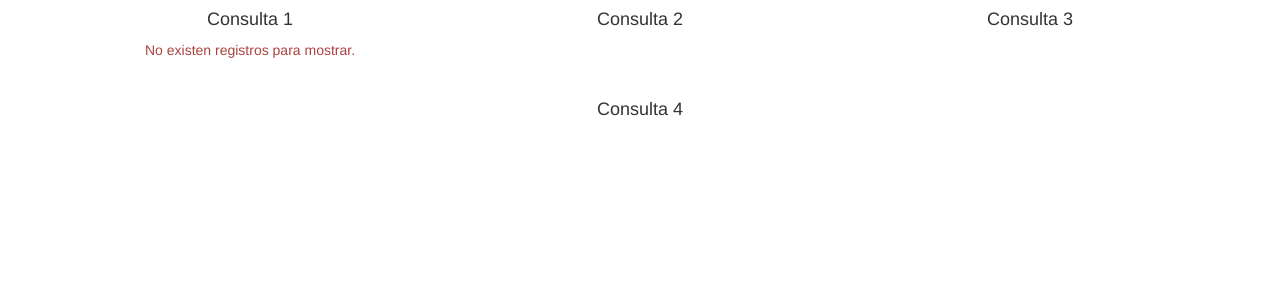
Repository: Myugen/EjercicioPHP
Page: http://localhost/Ejercicio2/index.php
An editor plug-in stored every save of this project. The page is shown before and after the next save, followed by the edit.
The browser window is 1280 px wide. The pictures show the whole page.
Some web libraries are served in a nearby version. The page is run by PHP 8.4 with error messages shown; the project is at /var/www/html/. Queries for data that is not in the repository find no rows.

Above is the page before, as saved 2015-11-18 13:17:11.

### Actividades5-2/Ejercicio2/index.php
<!DOCTYPE HTML PUBLIC "-//W3C//DTD HTML 4.01 Frameset//EN">
<html>
<head>
<meta name="viewport" content="width=device-width, initial-scale=1">
<link rel="stylesheet" href="http://maxcdn.bootstrapcdn.com/bootstrap/3.3.5/css/bootstrap.min.css">
<script src="https://ajax.googleapis.com/ajax/libs/jquery/1.11.3/jquery.min.js"></script>
<script src="http://maxcdn.bootstrapcdn.com/bootstrap/3.3.5/js/bootstrap.min.js"></script>
<meta http-equiv="Content-Type" content="text/html; charset=UTF-8">
<title>Consultas Base de Datos Vivero de empresas</title>
</head>
<body>
<?php
	$conexion = new mysqli("localhost", "root", "admin", "eje5_2_DB") or
	die("<div class='alert aler-danger text-center'><p>No es posible conectarse a la
	base de datos. Compruebe que los datos de conexión, usuario y/o contraseña son correctos.</p></div>");
?>
	<div class="container text-center">
	<div class="row">
		<div class="col-md-4">
			<h4>Consulta 1</h4>
			<?php
			$consulta1 = "SELECT r.numserie, r.descripcion
						  FROM recursos as r
						  WHERE NOT EXISTS (SELECT t.numserie
					                        FROM tiempo_uso as t
					                        WHERE r.numserie = t.numserie)";
			if($query = $conexion->query($consulta1)) {
				if($row = $query->fetch_array(MYSQL_ASSOC)) {
					echo "<table class='table table-condensed'>";
					echo "<tr><th>Número de serie</th><th>Descripción</th></tr>";
					echo "</table>";
				}
				else {
					echo "<p class='text-danger'>No existen registros para mostrar.</p><br>";
				}
			}
			else {
				echo "<p class='text-danger'>Consulta no resuelta. Error $conexion->errno : $conexion->error </p><br>";
			}
			?>
		</div>
		<div class="col-md-4">
			<h4>Consulta 2</h4>
			<?php

			?>
		</div>
		<div class="col-md-4">
			<h4>Consulta 3</h4>
			<?php

			?>
		</div>
	</div>
	<div class="row">
		<div class="col-md-12">
			<h4>Consulta 4</h4>
			<?php

			?>
		</div>
	</div>
	</div>
</body>
</html>

After the next save:
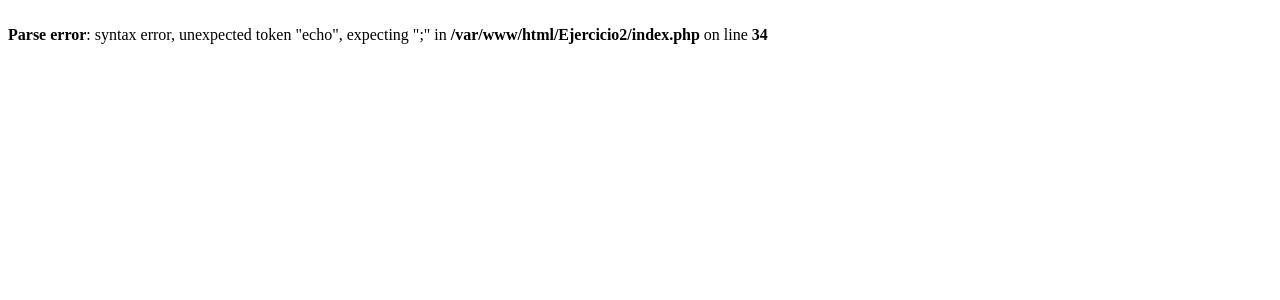
Saved 5 min 4 s later.
--- a/Actividades5-2/Ejercicio2/index.php
+++ b/Actividades5-2/Ejercicio2/index.php
@@ -24,10 +24,13 @@
 						  WHERE NOT EXISTS (SELECT t.numserie
 					                        FROM tiempo_uso as t
 					                        WHERE r.numserie = t.numserie)";
-			if($query = $conexion->query($consulta1)) {
+			if($resultado = $conexion->query($consulta1)) {
 				if($row = $query->fetch_array(MYSQL_ASSOC)) {
 					echo "<table class='table table-condensed'>";
 					echo "<tr><th>Número de serie</th><th>Descripción</th></tr>";
+					do{
+
+					}while($row )
 					echo "</table>";
 				}
 				else {
